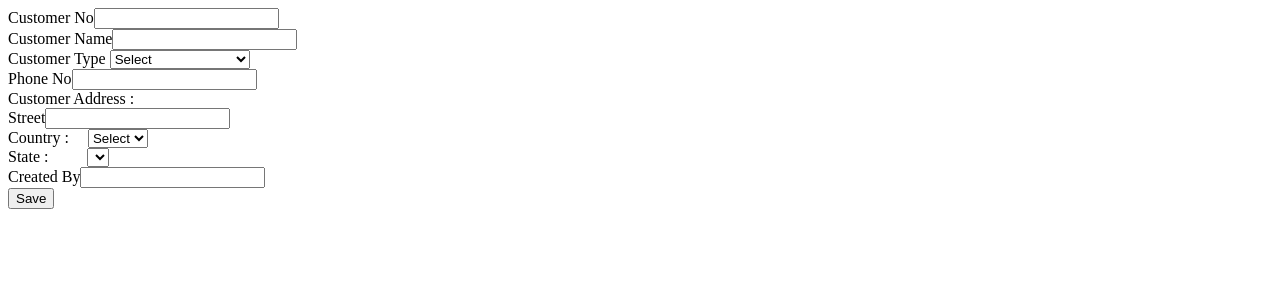
Repository: Mahesh2114/Project
Page: http://localhost/bms/save.jsp
The author's editor kept a copy of each file at every save. The page is drawn from the files as they stood at one save, then again after the next save.
The browser window is 1280 px wide. The pictures show the whole page.
The page is served by Tomcat 9. Other server files are loaded and not shown. The template is opened directly, without the code that normally fills it, so the values that code supplies are empty.

Above is the page before, as saved 2021-12-08 12:30:11.

### Project1/bms/src/main/webapp/save.jsp
<%@ page language="java" contentType="text/html; charset=ISO-8859-1"
	pageEncoding="ISO-8859-1"%>

<%@ taglib uri="http://java.sun.com/jsp/jstl/core" prefix="c"%>
<%@ page isELIgnored="false"%>
<!DOCTYPE html>
<html>
<head>
<meta charset="ISO-8859-1">
<title>Insert title here</title>
<script>
function populate(s1,s2){
	var s1 = document.getElementById(s1);
	var s2 = document.getElementById(s2);
	s2.innerHTML = "";


	if(s1.value == "India"){

		var optionArray =[
			<c:forEach items="${indiaList}" var="state" varStatus="status">
		    '${ state.state_Name}'
		    <c:if test="${!status.last}">
		      ,
		    </c:if>
		    </c:forEach>
		];
	} else if(s1.value == "USA"){
		var optionArray =[
			<c:forEach items="${usaList}" var="state" varStatus="status">
		    '${ state.state_Name}'
		    <c:if test="${!status.last}">
		      ,
		    </c:if>
		    </c:forEach>
		];
	}


	for(var option in optionArray){
		var pair = optionArray[option];
		var newOption = document.createElement("option");
		newOption.value = pair;
		newOption.innerHTML = pair;
		s2.options.add(newOption);
	}
}
</script>
</head>
<body>
	<form action="/save" method="post">

		<div>
			<label>Customer No</label><input type="text" name="cid">
		</div>
		<div>
			<label>Customer Name</label><input type="text" name="name">
		</div>
		<div>
			<label for="type">Customer Type</label> <select name="type" id="type">
				<option value="select">Select</option>
				<option value="cheap">Cheap Customer</option>
				<option value="educated">Educated Customer</option>
				<option value="driven">Driven Customer</option>
			</select>
		</div>
		<div>
			<label>Phone No</label><input type="text" name="phone">
		</div>
		<div>
			<label>Customer Address :</label><br> <label>Street</label><input
				type="text" name="street"> <br>
		</div>
		<div>

			<label id="centermargin" style="margin-right: 15px;">Country
				: </label> <select id="country" name="country" class="company"
				onchange="populate(this.id,'state')">
				<option>Select</option>

				<c:forEach var="listValue" items="${countryList}">

					<option>${listValue.countryName}</option>

					<br>
				</c:forEach>


			</select>

		</div>

		<div>
			<label id="centermargin" style="margin-right: 35px;">State :
			</label><select id="state" name="state">



			</select>
		</div>
		<div>
			<label>Created By</label><input type="text" name="created_by">
		</div>
		<div>
			<button type="submit">Save</button>
		</div>
	</form>
</body>
</html>

After the next save:
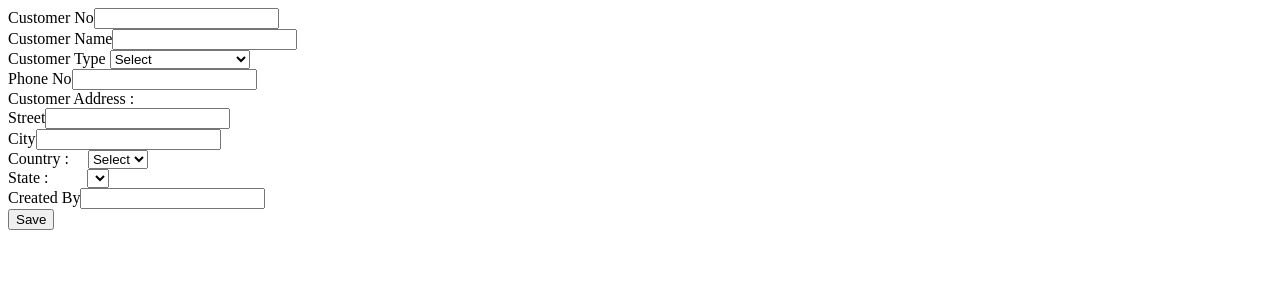
Saved 2 min 32 s later.
--- a/Project1/bms/src/main/webapp/save.jsp
+++ b/Project1/bms/src/main/webapp/save.jsp
@@ -72,6 +72,9 @@ function populate(s1,s2){
 				type="text" name="street"> <br>
 		</div>
 		<div>
+			<label>City</label><input type="text" name="city">
+		</div>
+		<div>
 
 			<label id="centermargin" style="margin-right: 15px;">Country
 				: </label> <select id="country" name="country" class="company"
